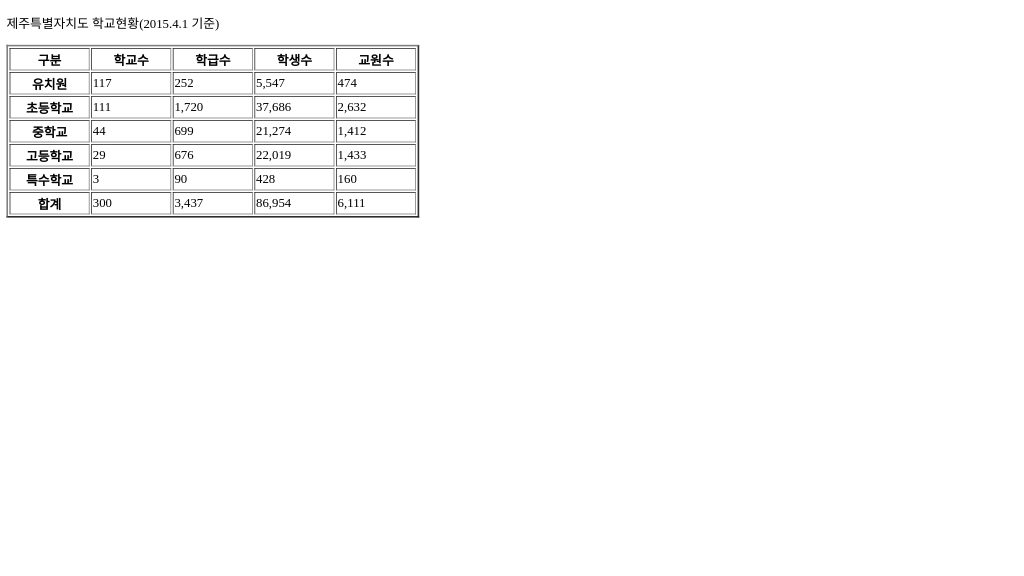
Repository: seulhwangbo/SeulJSP
Page: jspSrc17/webStandard01/src/main/webapp/02/table06.html
These files come from the project's save history. The page is drawn as it stood at one moment and after the next save; the edit follows.
The browser window is 1280 px wide. The pictures show the whole page, at 80% of full size.

Above is the page before, as saved 2024-06-13 06:43:12.

After the next save:
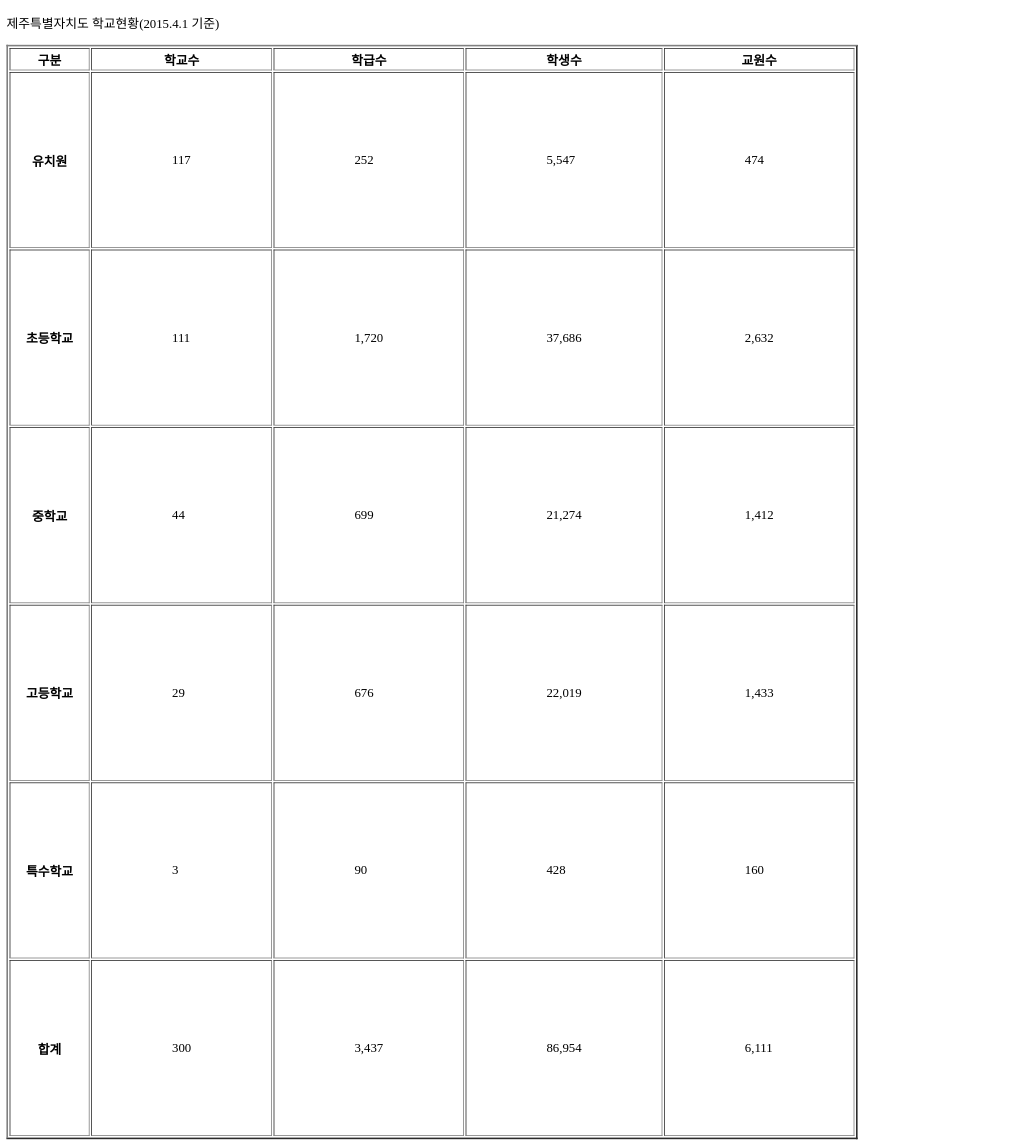
Saved 13 s later.
--- a/jspSrc17/webStandard01/src/main/webapp/02/table06.html
+++ b/jspSrc17/webStandard01/src/main/webapp/02/table06.html
@@ -3,7 +3,7 @@
 <head>
 <meta charset="UTF-8">
 <style type="text/css">
-td.th{
+td{
 padding: 100px;
 }
 th{
